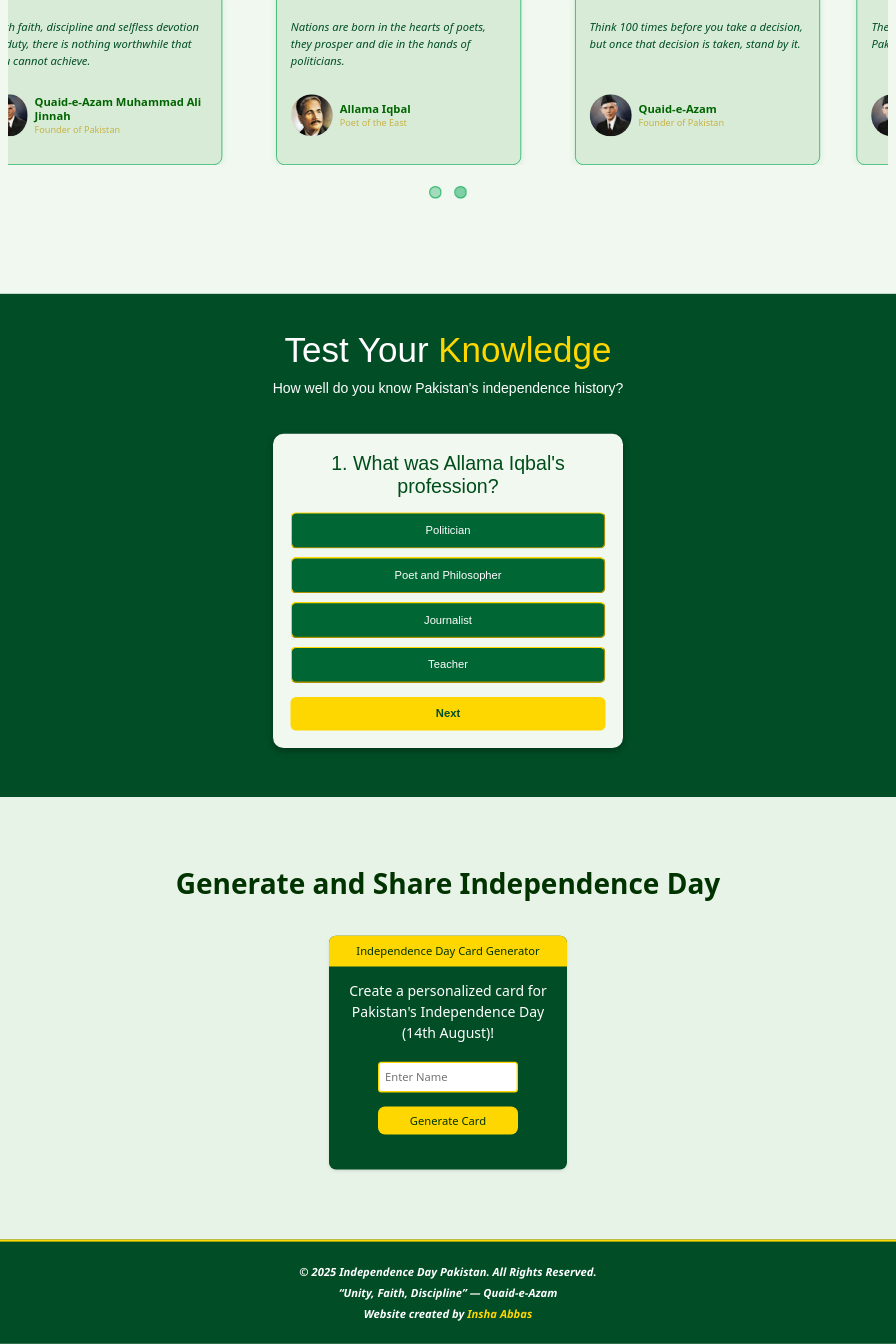
Repository: memonmuhammadali98/Pakistan-Independence-Day
Page: index.html
These files come from the project's save history. The page is drawn as it stood at one moment and after the next save; the edit follows.
The browser window is 1280 px wide. The pictures show the part of the page from y = 4434 to 6354 px (the page is 6354 px tall), at 70% of full size.

Above is the page before, as saved 2025-08-09 21:10:03.

After the next save:
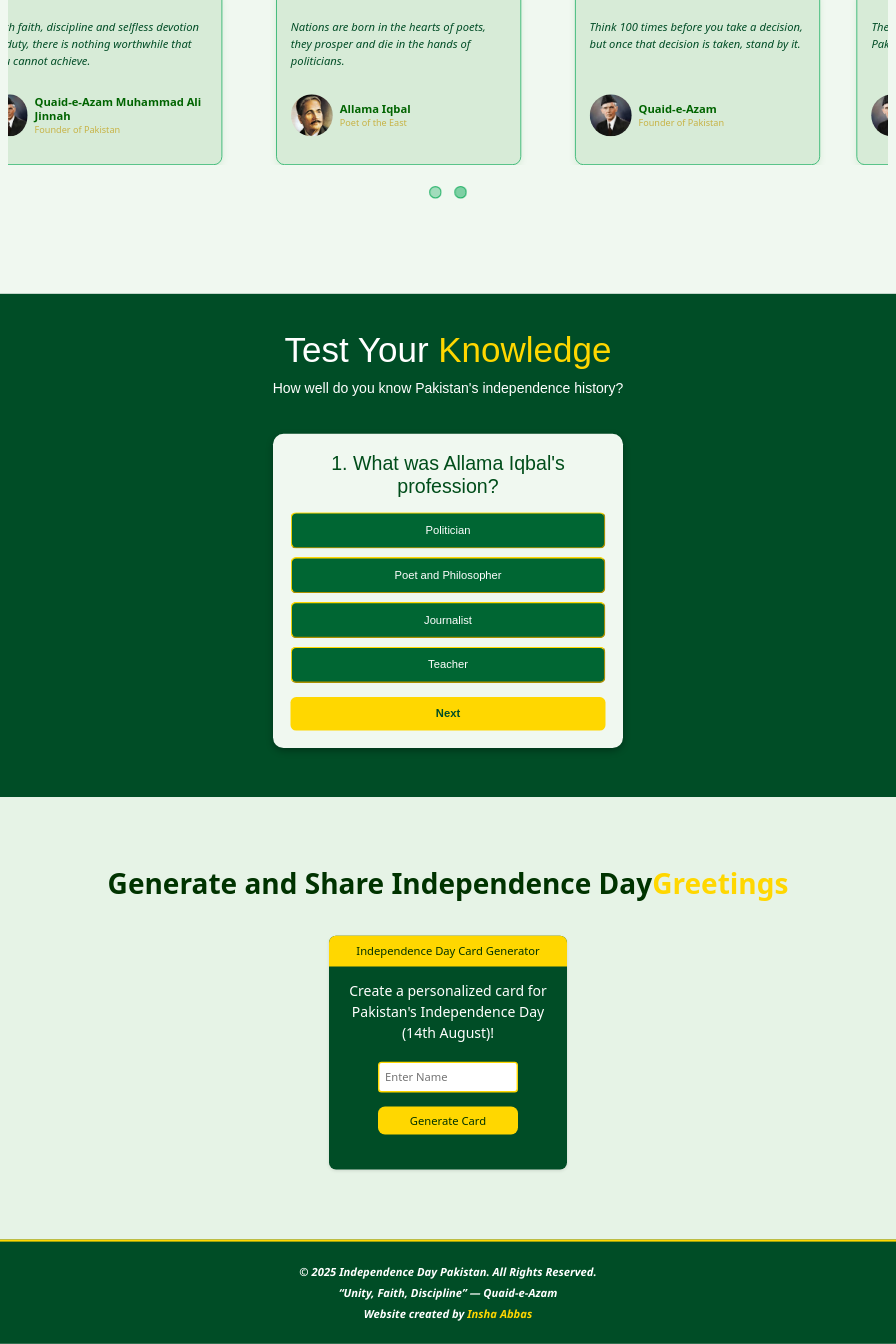
Saved 5 s later.
--- a/index.html
+++ b/index.html
@@ -307,7 +307,7 @@
 
 <!-- Card Section Starts -->
  <section class="card-section">
-  <h2>Generate and Share Independence Day<span style="color: gold;"></span></h2>
+  <h2>Generate and Share Independence Day<span style="color: gold;">Greetings</span></h2>
         <div class="generator-section">
             <div class="header">Independence Day Card Generator</div>
             <p>Create a personalized card for Pakistan's Independence Day (14th August)!</p>
